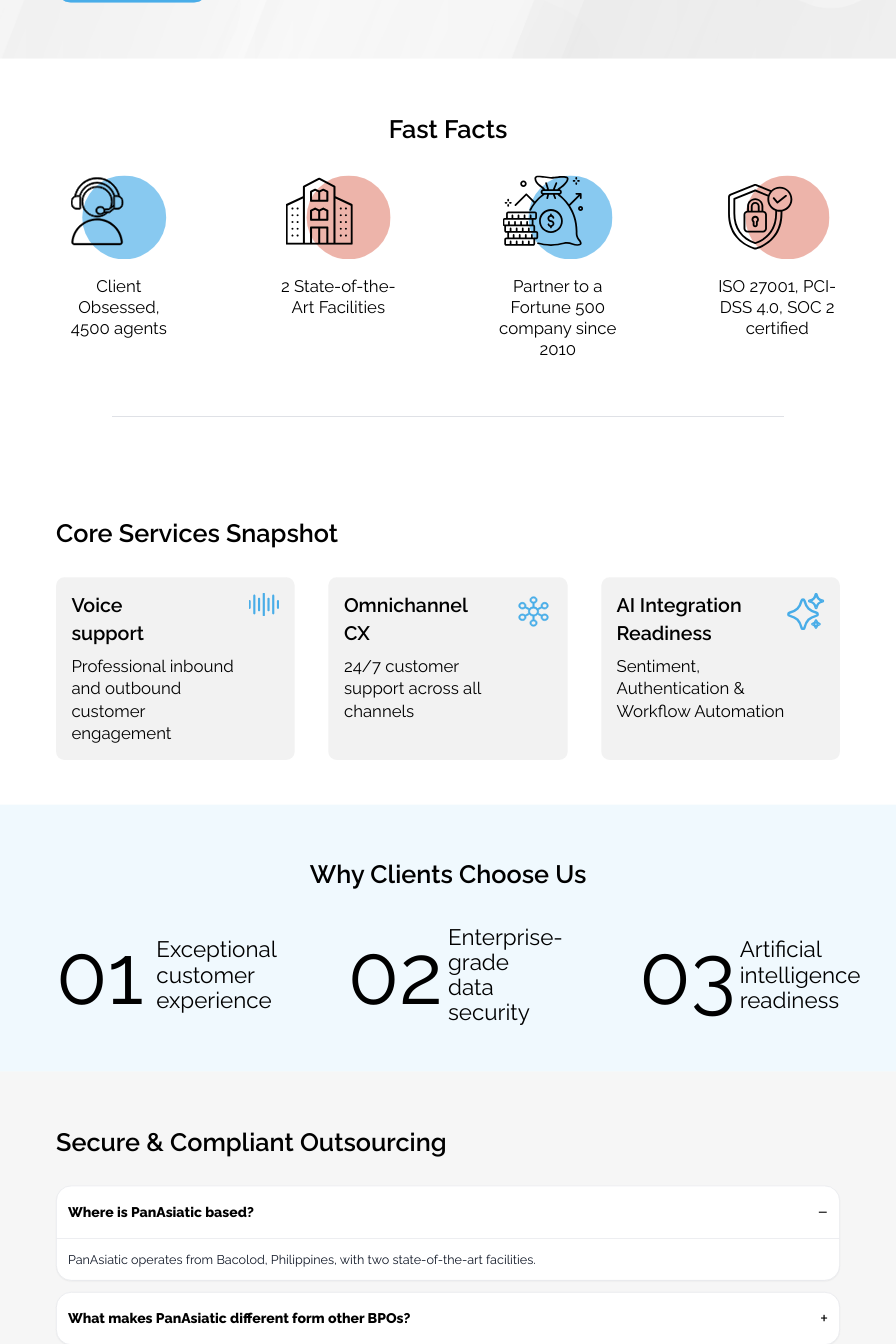
Repository: joshcolored/panasiaticweb
Page: /home
These files come from the project's save history. The page is drawn as it stood at one moment and after the next save; the edit follows.
The browser window is 1280 px wide. The pictures show the part of the page from y = 702 to 2622 px (the page is 3726 px tall before and 3725 px after), at 70% of full size.
The project was rebuilt for these pictures with package versions that can differ from the ones it lists, and the page was loaded fresh each time. Also part of the build but not shown: vite.config.js, src/pages/PortalAccess/index.jsx, src/pages/Services/HeroSection.jsx, src/pages/Services/CoreServicesSection.jsx, src/pages/Services/ComplianceSection.jsx, src/pages/Services/FeaturesSection.jsx, src/pages/Services/Faq.jsx, src/pages/Services/CTA.jsx and 30 more.

Above is the page before, as saved 2026-01-24 00:37:37.

### index.html
<!doctype html>
<html lang="en">

<head>
  <meta charset="UTF-8" />
  <link rel="icon" type="image/x-icon" href="/favicon.ico" />
  <link rel="manifest" href="/manifest.json" />
  <link rel="canonical" href="https://www.panasiaticsolutions.com/" />
  <meta name="viewport" content="width=device-width, initial-scale=1.0" />
  <meta name="theme-color" content="#49ade8" />
  <meta name="robots" content="index, follow" />
  <!-- <script type="module" async src="https://static.rocket.new/rocket-web.js?_cfg=https%3A%2F%2Fpanasiatic9675back.builtwithrocket.new&_be=https%3A%2F%2Fapplication.rocket.new&_v=0.1.10"></script>
  <script type="module" defer src="https://static.rocket.new/rocket-shot.js?v=0.0.1"></script> -->
  <script>(function(w,d,s,l,i){w[l]=w[l]||[];w[l].push({'gtm.start':
new Date().getTime(),event:'gtm.js'});var f=d.getElementsByTagName(s)[0],
j=d.createElement(s),dl=l!='dataLayer'?'&l='+l:'';j.async=true;j.src=
'https://www.googletagmanager.com/gtm.js?id='+i+dl;f.parentNode.insertBefore(j,f);
})(window,document,'script','dataLayer','GTM-T6T8J9KC');</script>

  </head>

<body>
  <div id="root"></div>
  <noscript><iframe src="https://www.googletagmanager.com/ns.html?id=GTM-T6T8J9KC"
height="0" width="0" style="display:none;visibility:hidden"></iframe></noscript>
  <script type="module" src="/src/main.jsx"></script>
</body>

</html>

### src/main.jsx
import React from 'react';
import ReactDOM from 'react-dom/client';
import App from './App.jsx';
import { HelmetProvider } from 'react-helmet-async';
import { BrowserRouter } from 'react-router-dom';
import './styles/index.css';

ReactDOM.createRoot(document.getElementById('root')).render(
  <React.StrictMode>
    <HelmetProvider>
      <BrowserRouter>
        <App />
      </BrowserRouter>
    </HelmetProvider>
  </React.StrictMode>
);

### src/App.jsx
import Routes from './Routes';

function App() {
  return (
        <Routes />
  );
}

export default App;

### src/styles/index.css
@import './tailwind.css';
@import url('https://fonts.googleapis.com/css2?family=Raleway:wght@400;500;600;800&display=swap');

body {
  font-family: 'Raleway', sans-serif;
  margin: 0;
  padding: 0;
  box-sizing: border-box;
}

*, *::before, *::after {
  box-sizing: inherit;
}

### src/Routes.jsx
import React from 'react';
import { Routes, Route } from 'react-router-dom';

import Homepage from './pages/Homepage';
import PortalAccess from './pages/PortalAccess';
import Services from './pages/Services';
import WhyUs from './pages/WhyUs';
import Industries from './pages/Industries';
import About from './pages/About';
import Partnerships from './pages/Partnerships';
import Blog from './pages/Blog';
import Contact from './pages/Contact';

const AppRoutes = () => {
  return (
    <Routes>
      <Route path="/" element={<PortalAccess />} />
      <Route path="/home" element={<Homepage />} />
      <Route path="/portal" element={<PortalAccess />} />
      <Route path="/services" element={<Services />} />
      <Route path="/why-us" element={<WhyUs />} />
      <Route path="/industries" element={<Industries />} />
      <Route path="/partnerships" element={<Partnerships />} />
      <Route path="/about" element={<About />} />
      <Route path="/blog" element={<Blog />} />
      <Route path="/contact" element={<Contact />} />
    </Routes>
  );
};

export default AppRoutes;

### src/styles/tailwind.css
@tailwind base;
@tailwind components;
@tailwind utilities;


@layer base {
  :root {
    /* Primary Colors */
    --primary-background: #49ade8;
    --primary-foreground: #ffffff;
    --primary-light: #49ade814;
    --primary-dark: #01112d;

    /* Secondary Colors */
    --secondary-background: #ffffff;
    --secondary-foreground: #000000;
    --secondary-light: #fafafa;
    --secondary-muted: #3c3c43d8;

    /* Accent Colors */
    --accent-coral: #e38c7d;
    --accent-coral-light: #edb4ab;
    --accent-overlay: #eeeeeebf;
    --accent-gray: #4f4f4f;

    /* Border Colors */
    --border-primary: #49ade8;
    --border-secondary: #dddddd;
    --border-light: #ebebeb;
    --border-muted: #d9d9d97f;

    /* Text Colors */
    --text-primary: #000000;
    --text-secondary: #3c3c43d8;
    --text-accent: #49ade8;
    --text-muted: #4f4f4f;
    --text-white: #ffffff;
    --text-white-muted: #ffffffa5;

    /* Background Colors */
    --bg-main: #fafafa;
    --bg-card: #ffffff;
    --bg-dark: #01112d;
    --bg-overlay: #e5e5e559;

    /* Typography Variables */
    --font-size-xs: 12px;
    --font-size-sm: 16px;
    --font-size-md: 18px;
    --font-size-lg: 20px;
    --font-size-xl: 24px;
    --font-size-2xl: 28px;
    --font-size-3xl: 32px;
    --font-size-4xl: 36px;
    --font-size-5xl: 48px;
    --font-size-hero: 120px;

    /* Font Weight Variables */
    --font-weight-normal: 400;
    --font-weight-medium: 500;
    --font-weight-semibold: 600;
    --font-weight-bold: 800;

    /* Line Height Variables */
    --line-height-xs: 14px;
    --line-height-sm: 19px;
    --line-height-md: 22px;
    --line-height-lg: 29px;
    --line-height-xl: 43px;
    --line-height-hero: 141px;

    /* Spacing Variables */
    --spacing-xs: 4px;
    --spacing-sm: 8px;
    --spacing-md: 12px;
    --spacing-lg: 16px;
    --spacing-xl: 24px;
    --spacing-2xl: 32px;
    --spacing-3xl: 48px;
    --spacing-4xl: 64px;
    --spacing-5xl: 80px;

    /* Border Radius Variables */
    --radius-sm: 8px;
    --radius-md: 12px;
    --radius-lg: 22px;
    --radius-xl: 24px;
    --radius-full: 200px;

    /* Component Specific Variables */
    --header-bg: #ffffff;
    --header-border: #ebebeb;
    --footer-bg: #01112d;
    --button-primary-bg: #49ade8;
    --button-coral-bg: #e38c7d;
    --logo-width: 156px;
  }
}

### src/pages/Homepage/index.jsx
import React from 'react';
import { Helmet } from 'react-helmet-async';
import Header from '../../components/common/Header';
import Footer from '../../components/common/Footer';
import HeroSection from './HeroSection';
import FastFactsSection from './FastFactsSection';
import CoreServicesSection from './CoreServicesSection';
import WhyChooseUsSection from './WhyChooseUsSection';
import FAQSection from './FAQSection';
import CTASection from './CTASection';

const Homepage = () => {
  return (
    <>
      <Helmet>
        <title>PanAsiatic Solutions | Human-Driven AI-Ready Customer Support Outsourcing Philippines</title>
        <meta name="description" content="PanAsiatic Solutions delivers exceptional customer support outsourcing from the Philippines with 4500+ agents. Human-driven, AI-ready services including voice support, omnichannel CX, and enterprise-grade security since 2010." />
        <meta property="og:title" content="PanAsiatic Solutions | Human-Driven AI-Ready Customer Support Outsourcing Philippines" />
        <meta property="og:description" content="PanAsiatic Solutions delivers exceptional customer support outsourcing from the Philippines with 4500+ agents. Human-driven, AI-ready services including voice support, omnichannel CX, and enterprise-grade security since 2010." />
      </Helmet>

      <main className="w-full bg-secondary-background">
        <Header />
        <HeroSection />
        <FastFactsSection />
        <CoreServicesSection />
        <WhyChooseUsSection />
        <FAQSection />
        <CTASection />
        <Footer />
      </main>
    </>
  );
};

export default Homepage;

### src/pages/Homepage/FastFactsSection.jsx
import React from "react";

const FastFactsSection = () => {
  const facts = [
    {
      icon: "/images/img_group_9.svg",
      title: "Client Obsessed, \n4500 agents",
      width: "136px",
      height: "120px",
    },
    {
      icon: "/images/img_group_7.svg",
      title: "2 State-of-the-Art Facilities",
      width: "150px",
      height: "120px",
    },
    {
      icon: "/images/img_group_5.svg",
      title: "Partner to a Fortune 500 company since 2010",
      width: "156px",
      height: "120px",
    },
    {
      icon: "/images/img_group_10.svg",
      title: "ISO 27001, PCI-DSS 4.0, SOC 2 certified",
      width: "148px",
      height: "120px",
    },

  ];

  return (
    <section className="w-full bg-secondary-background py-10 sm:py-12 lg:py-16">
      <div className="w-full max-w-[1440px] mx-auto px-4 sm:px-6 lg:px-20">
        <div className="flex flex-col justify-start items-center w-full">
          <div className="flex flex-col gap-8 sm:gap-10 lg:gap-11 justify-start items-center w-full">
            <h2
              className="text-2xl sm:text-3xl lg:text-4xl font-semibold leading-xl text-center text-text-primary mt-2 sm:mt-4"
              style={{ fontFamily: "Raleway" }}
            >
              Fast Facts
            </h2>

            <div className="grid grid-cols-1 sm:grid-cols-2 lg:grid-cols-4 gap-8 sm:gap-12 lg:gap-[134px] w-full">
              {facts?.map((fact, index) => (
                <div
                  key={index}
                  className="flex flex-col gap-4 sm:gap-5 lg:gap-6 justify-start items-center"
                >
                  <div className="flex justify-center items-center">
                    <img
                      src={fact?.icon}
                      alt={`Fact ${index + 1}`}
                      className={`w-[${fact?.width}] h-[${fact?.height}] object-contain`}
                    />
                  </div>
                  <p
                    className="text-lg sm:text-xl lg:text-xl font-normal leading-[30px] text-center text-text-primary whitespace-pre-line"
                    style={{ fontFamily: "Raleway" }}
                  >
                    {fact?.title}
                  </p>
                </div>
              ))}
            </div>
          </div>
        </div>
      </div>
      <div>
        <hr className="mt-20 mx-8 sm:mx-20 lg:mx-40 border-t border-gray-300" />
      </div>
    </section>
  );
};

export default FastFactsSection;

### src/pages/Homepage/WhyChooseUsSection.jsx
import React from 'react';

const WhyChooseUsSection = () => {
  const reasons = [
    {
      number: "01",
      title: "Exceptional customer experience"
    },
    {
      number: "02",
      title: "Enterprise-grade data security"
    },
    {
      number: "03",
      title: "Artificial intelligence readiness"
    }
  ];

  return (
    <section className="w-full bg-primary-light py-12 sm:py-16 lg:py-[66px]">
      <div className="w-full max-w-[1440px] mx-auto px-4 sm:px-6 lg:px-20">
        <div className="flex flex-col gap-8 sm:gap-10 lg:gap-[50px] justify-center items-center w-full">
          <h2
            className="text-2xl sm:text-3xl lg:text-4xl font-semibold leading-xl text-center text-text-primary mt-2 sm:mt-3"
            style={{ fontFamily: 'Raleway' }}
          >
            Why Clients Choose Us
          </h2>

          <div className="grid grid-cols-1 md:grid-cols-2 lg:grid-cols-3 gap-8 sm:gap-12 lg:gap-[130px] w-full">
            {reasons?.map((reason, index) => (
              <div key={index} className="flex flex-col sm:flex-row justify-start sm:justify-between items-start sm:items-center gap-4 sm:gap-0 w-full max-w-[340px] mx-auto sm:mx-0">
                <span
                  className="text-6xl sm:text-7xl lg:text-hero font-normal leading-hero text-left text-text-primary"
                  style={{ fontFamily: 'Raleway' }}
                >
                  {reason?.number}
                </span>
                <p
                  className="text-xl sm:text-2xl lg:text-3xl font-normal leading-9 text-left text-text-primary w-full sm:w-1/2"
                  style={{ fontFamily: 'Raleway' }}
                >
                  {reason?.title}
                </p>
              </div>
            ))}
          </div>
        </div>
      </div>
    </section>
  );
};

export default WhyChooseUsSection;

### src/pages/Homepage/FAQSection.jsx
import React, { useState } from "react";
import Button from "../../components/ui/Button";

const faqs = [
  {
    question: "Where is PanAsiatic based?",
    answer: "PanAsiatic operates from Bacolod, Philippines, with two state-of-the-art facilities."
  },
  {
   question: "What makes PanAsiatic different form other BPOs?",
   answer: "We combine human empathy with AI-readiness, enterprise-grade security, and 15+ years of proven results for global brands.",
  },
  {
    question: "Who are your clients?",
    answer: "We’ve been a trusted partner to a Fortune 500 company since 2010, serving all 10 of their brands.",
  }
];

const FAQ = () => {
  const [openIndex, setOpenIndex] = useState(0); // First one open by default

  const toggleFAQ = (index) => {
    setOpenIndex(openIndex === index ? null : index);
  };

  return (
    <section className="w-full bg-[#E5E5E559] py-12 sm:py-14 lg:py-16">
      <div className="w-full max-w-[1440px] mx-auto px-4 sm:px-6 lg:px-20">
        <div className="flex flex-col gap-8 sm:gap-10 justify-start items-start w-full">
          <h2
            className="text-2xl sm:text-3xl lg:text-4xl font-semibold leading-xl text-left text-text-primary mt-3 sm:mt-4"
            style={{ fontFamily: "Raleway" }}
          >
            Secure & Compliant Outsourcing
          </h2>

          {/* FAQ List */}
          <div className="space-y-4 w-full">
            {faqs.map((faq, index) => (
              <div
                key={index}
                className="bg-[#ffffff] border border-gray-200 rounded-lg shadow-sm"
              >
                <button
                  className="w-full text-left p-4 flex justify-between items-center focus:outline-none"
                  onClick={() => toggleFAQ(index)}
                  aria-expanded={openIndex === index}
                >
                  <span className="font-bold text-lg">{faq.question}</span>
                  <span className="ml-2 text-black text-2xl">
                    {openIndex === index ? "−" : "+"}
                  </span>
                </button>
                {openIndex === index && (
                  <div className="p-4 border-t text-md border-gray-200 text-gray-900">
                    {faq.answer}
                  </div>
                )}
              </div>
            ))}
          </div>

        </div>
      </div>
    </section>
  );
};

export default FAQ;

### src/pages/Homepage/CTASection.jsx
import React from "react";
import Button from "../../components/ui/Button";
import { useNavigate } from "react-router-dom";

const CTASection = () => {
    const handleClick = () => {
    navigate("/contact");
    // Optional: smooth scroll to top when navigating
    window.scrollTo(0, 0);
  };
  const navigate = useNavigate();
  return (
    <section
      className="w-full relative bg-cover bg-center py-12 sm:py-16 lg:py-[62px] px-4 sm:px-6 lg:px-20"
      style={{
        backgroundImage: "url(/images/img_rectangle_6852.png)",
        minHeight: "480px",
      }}
    >
      <div className="w-full max-w-[1440px] mx-auto relative">
        {/* GRID LAYOUT — IMAGE LEFT, TEXT RIGHT */}
        <div className="grid grid-cols-1 lg:grid-cols-2 gap-10 relative z-20">
          {/* LEFT IMAGE BLOCK */}
          <div className="relative w-full flex justify-center lg:justify-start">
            {/* Blue Background Block */}
            <div className="absolute top-0 left-0 w-[75%] sm:w-[300px] lg:w-[330px] h-[230px] sm:h-[260px] lg:h-[300px] bg-primary-background rounded-md"></div>

            {/* Foreground Image */}
            <img
              src="/images/img_rectangle_6847.png"
              alt="Customer Support"
              className="relative w-[85%] sm:w-[320px] lg:w-[360px] h-[230px] sm:h-[260px] lg:h-[300px] object-cover mt-6 ml-4 shadow-md rounded-sm"
            />

            {/* Red CTA Bubble */}
            <div
              className="
              absolute
              bottom-[-40px] sm:bottom-[-45px] lg:bottom-[-55px]
              left-1/2 transform -translate-x-1/2
              bg-accent-coral px-4 py-3 sm:px-6 sm:py-4 lg:px-8 lg:py-5
              rounded-xl shadow-lg w-[90%] sm:w-[360px]
              text-center z-30
            "
            >
              <p
                className="text-base sm:text-lg lg:text-xl font-semibold text-text-primary"
                style={{ fontFamily: "Raleway" }}
              >
                Discover how our proven approach can elevate your customer
                experience
              </p>
            </div>
          </div>

          {/* RIGHT TEXT BLOCK */}
          <div className="flex flex-col justify-center mt-20 lg:mt-0">
            <h2
              className="text-3xl sm:text-4xl lg:text-5xl font-semibold text-text-primary leading-tight"
              style={{ fontFamily: "Raleway" }}
            >
              Ready to Transform Your Customer Support?
            </h2>

            {/* BUTTONS ROW */}
            <div className="flex flex-row items-center gap-4 sm:gap-5 mt-10 lg:mt-12">
              {/* Circle Arrow Button */}
              <div className="bg-primary-background border border-primary-background rounded-lg p-2 sm:p-3 shadow-md">
                <img
                  src="/images/img_arrow_right_white_a700.svg"
                  alt="Arrow"
                  className="w-5 sm:w-6 h-5 sm:h-6"
                />
              </div>

              {/* Phone + CTA Button */}
              <div className="flex flex-row items-center gap-2">
                <Button
                  onClick={handleClick}
                  text={
                    <div className="flex items-center gap-2">
                      <img
                        src="/images/img_phone.png"
                        alt="Phone"
                        className="w-5 sm:w-6 h-5 sm:h-6"
                      />
                      <span>Book Discovery Call</span>
                    </div>
                  }
                  text_font_size="18"
                  text_font_family="Raleway"
                  text_font_weight="500"
                  text_line_height="24px"
                  text_text_align="center"
                  text_color="#ffffff"
                  fill_background_color="#49ade8"
                  border_border="1 solid #49ade8"
                  border_border_radius="22px"
                  effect_box_shadow="0px 1px 2px #0a0c120c"
                  className="px-5 py-3"
                />
              </div>
            </div>
          </div>
        </div>
      </div>
    </section>
  );
};

export default CTASection;

### src/components/ui/Logo.jsx
import React from 'react';
import { twMerge } from 'tailwind-merge';

const Logo = ({
  src = "/images/img_header_logo.png",
  width = "90%",
  height = "50px",
  alt = "PanAsiatic Solutions Logo",
  className,
  ...props
}) => {
  return (
    <img
      src={src}
      alt={alt}
      className={twMerge(
        `w-[${width}] h-[${height}]`,
        className
      )}
      {...props}
    />
  );
};

export default Logo;

### src/components/ui/Link.jsx
import React from 'react';
import { twMerge } from 'tailwind-merge';

const Link = ({
  href = "#",
  children,
  className,
  target,
  rel,
  ...props
}) => {
  return (
    <a
      href={href}
      target={target}
      rel={rel}
      className={twMerge(
        "transition-colors duration-200 hover:opacity-80",
        className
      )}
      {...props}
    >
      {children}
    </a>
  );
};

export default Link;

Loaded but not shown: tailwind.config.js (136 lines, source omitted); src/pages/Homepage/CoreServicesSection.jsx (269 lines, source omitted); src/components/common/Footer.jsx (197 lines, source omitted); src/components/common/Header.jsx (207 lines, source omitted); src/components/ui/Button.jsx (213 lines, source omitted); src/pages/Homepage/HeroSection.jsx (132 lines, source omitted)

After the next save:
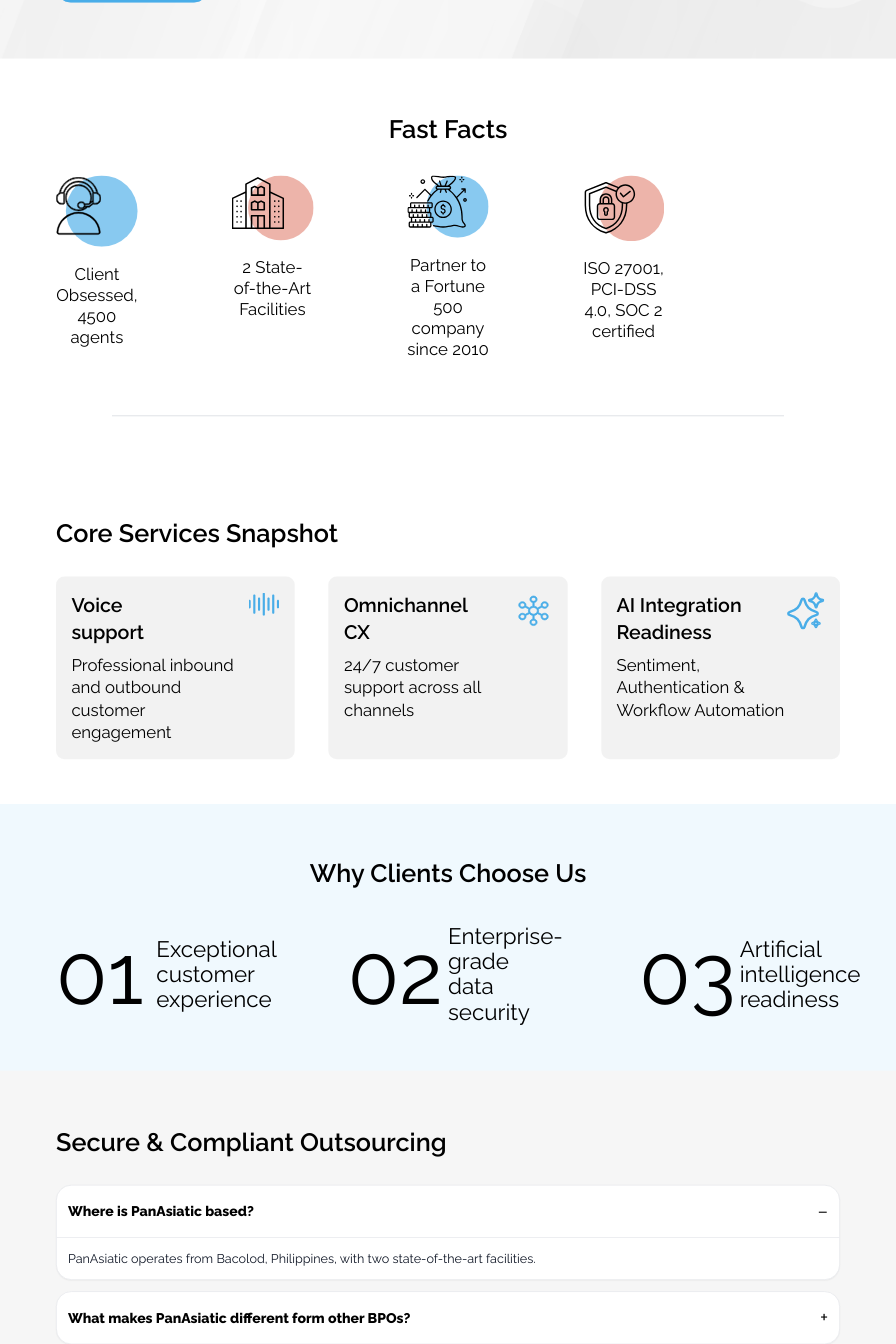
Saved 20 s later.
--- a/src/pages/Homepage/FastFactsSection.jsx
+++ b/src/pages/Homepage/FastFactsSection.jsx
@@ -41,7 +41,7 @@
               Fast Facts
             </h2>
 
-            <div className="grid grid-cols-1 sm:grid-cols-2 lg:grid-cols-4 gap-8 sm:gap-12 lg:gap-[134px] w-full">
+            <div className="grid grid-cols-1 sm:grid-cols-2 lg:grid-cols-5 gap-8 sm:gap-12 lg:gap-[134px] w-full">
               {facts?.map((fact, index) => (
                 <div
                   key={index}
